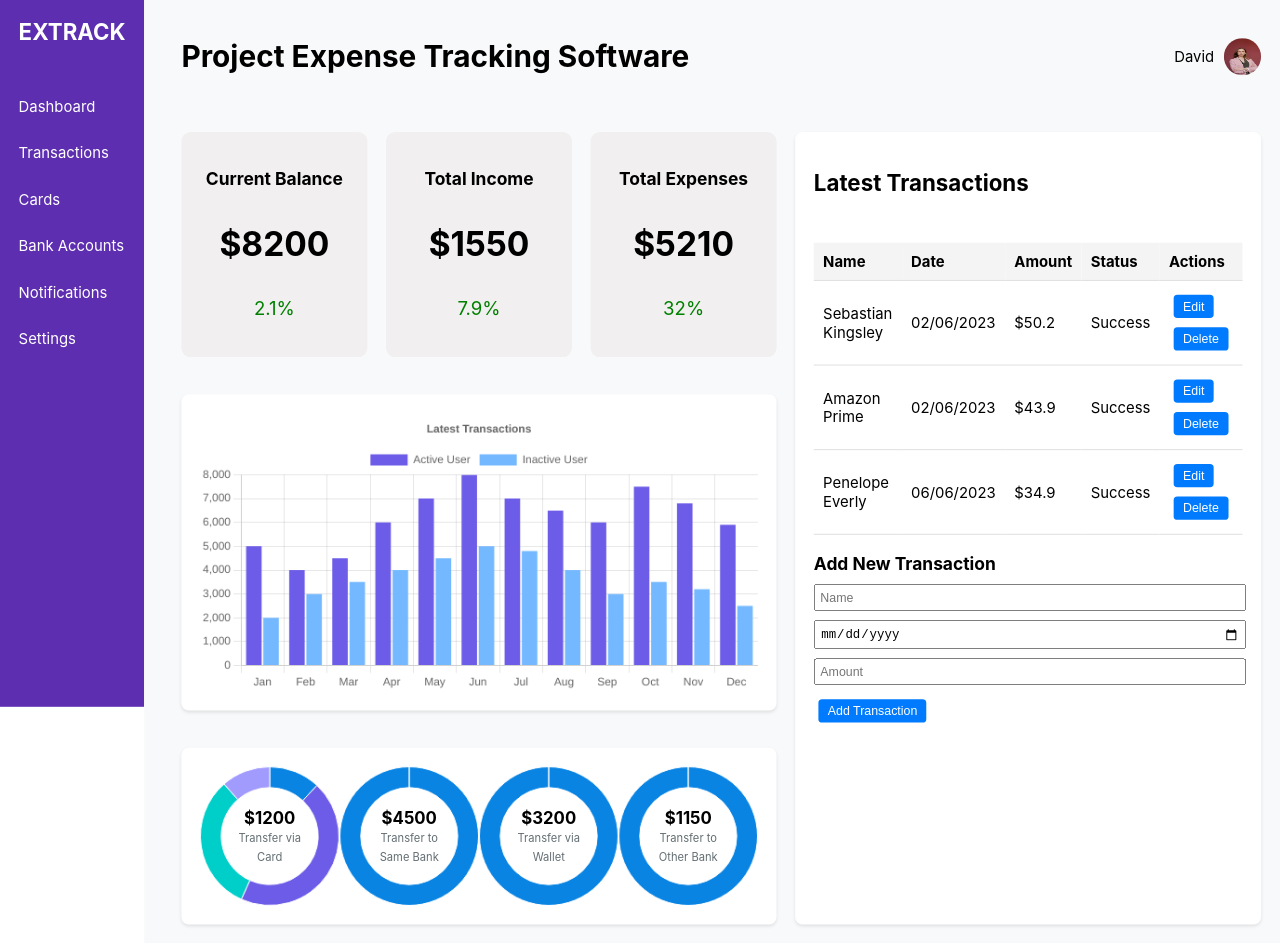
Repository: ChristhurasaRoshan/Expense-Tracker
Page: /login
The author's editor kept a copy of each file at every save. The page is drawn from the files as they stood at one save, then again after the next save.
The browser window is 1280 px wide. The page is 1376 px wide, so the pictures cover 1376 px, including what lies to the right of the window. The pictures show the whole page, at 93% of full size.
The project was rebuilt for these pictures with package versions that can differ from the ones it lists, and the page was loaded fresh each time.

Above is the page before, as saved 2024-08-21 22:03:48.

### src/App.js
import React from 'react';
import { Provider } from 'react-redux'; // Import Provider from react-redux
import store from './store'; // Import the Redux store
import Sidebar from '../src/Components/Sidebar';
import Header from '../src/Components/Header';
import Dashboard from '../src/Components/Dashboard';
import './App.css';

function App() {
  return (
    <Provider store={store}> {/* Wrap the app with Provider */}
      <div className="app">
        <Sidebar />
        <div className="main-content">
          <Header />
          <Dashboard />
        </div>
      </div>
    </Provider>
  );
}

export default App;

### src/store.js
import { configureStore } from '@reduxjs/toolkit';
import transactionReducer from './slices/transactionSlice';

const store = configureStore({
  reducer: {
    transactions: transactionReducer,
  },
});

export default store;

### src/Components/Sidebar.jsx
import React from 'react';
import '../Styles/Sidebar.css';

const Sidebar = () => {
  return (
    <div className="sidebar">
      <div className="logo">EXTRACK</div>
      <ul>
        <li>Dashboard</li>
        <li>Transactions</li>
        <li>Cards</li>
        <li>Bank Accounts</li>
        <li>Notifications</li>
        <li>Settings</li>
      </ul>
    </div>
  );
};

export default Sidebar;

### src/Components/Header.jsx
import React from 'react';
import '../Styles/Header.css';

const Header = () => {
  return (
    <div className="header">
      <h1>Project Expense Tracking Software</h1>
      <div className="user-profile">
        <span>David</span>
        <img src="user-profile.jpg" alt="Profile" />
      </div>
    </div>
  );
};

export default Header;

### src/Components/Dashboard.jsx
import React from 'react';
import Card from './Card';
import TransactionList from './TransactionList';
import ExpenseChart from './ExpenseChart';
import AmountTransfer from './AmountTransfer';
import '../Styles/Dashboard.css';

const Dashboard = () => {
  return (
    <div className="dashboard">
      <div className="dashboard-left">
        <div className="dashboard-header">
          <Card title="Current Balance" amount="$8200" percentage="2.1%" />
          <Card title="Total Income" amount="$1550" percentage="7.9%" />
          <Card title="Total Expenses" amount="$5210" percentage="32%" />
        </div>
        <ExpenseChart />
        <AmountTransfer />
      </div>
      <div className="dashboard-right">
        <div className="latest-transactions">
          <h2>Latest Transactions</h2>
          <TransactionList />
        </div>
      </div>
    </div>
  );
};

export default Dashboard;

### src/App.css
.app {
  display: flex;
}

.main-content {
  flex: 1;
  background-color: #f8f9fa;
  padding-left: 20px;
}

### src/slices/transactionSlice.js
import { createSlice } from '@reduxjs/toolkit';

const initialState = [
  { id: 1, name: "Sebastian Kingsley", date: "02/06/2023", amount: "$50.2", status: "Success" },
  { id: 2, name: "Amazon Prime", date: "02/06/2023", amount: "$43.9", status: "Success" },
  { id: 3, name: "Penelope Everly", date: "06/06/2023", amount: "$34.9", status: "Success" },
];

const transactionSlice = createSlice({
  name: 'transactions',
  initialState,
  reducers: {
    addTransaction: (state, action) => {
        return state.filter(transaction => transaction.id !== action.payload);
    },
    deleteTransaction: (state, action) => {
      return state.filter(transaction => transaction.id !== action.payload);
    },
    updateTransaction: (state, action) => {
      const index = state.findIndex(transaction => transaction.id === action.payload.id);
      if (index !== -1) {
        state[index] = { ...state[index], ...action.payload };
      }
    },
  },
});

export const { addTransaction, deleteTransaction, updateTransaction } = transactionSlice.actions;
export default transactionSlice.reducer;

### src/Styles/Sidebar.css
.sidebar {
    width: 250px;
    background-color: #5d2eaf;
    color: white;
    height: 100vh;
    padding: 20px;
  }

  .logo {
    font-size: 24px;
    font-weight: bold;
    margin-bottom: 40px;
  }

  .sidebar ul {
    list-style: none;
    padding: 0;
  }

  .sidebar ul li {
    padding: 15px 0;
    cursor: pointer;
  }

  .sidebar ul li:hover {
    background-color: rgba(255, 255, 255, 0.1);
  }

### src/Styles/Header.css
.header {
    display: flex;
    justify-content: space-between;
    align-items: center;
    padding: 20px;
  }

  .user-profile {
    display: flex;
    align-items: center;
  }

  .user-profile span {
    margin-right: 10px;
  }

  .user-profile img {
    width: 40px;
    height: 40px;
    border-radius: 50%;
  }

### src/Components/Card.jsx
import React from 'react';
import '../Styles/Card.css';

const Card = ({ title, amount, percentage }) => {
  return (
    <div className="card">
      <h3>{title}</h3>
      <p className="amount">{amount}</p>
      <p className="percentage">{percentage}</p>
    </div>
  );
};

export default Card;

### src/Components/TransactionList.jsx
import React, { useState } from 'react';
import { useSelector, useDispatch } from 'react-redux';
import { addTransaction, deleteTransaction, updateTransaction } from '../slices/transactionSlice';
import '../Styles/TransactionList.css';

const TransactionList = () => {
  const transactions = useSelector((state) => state.transactions);
  const dispatch = useDispatch();

  const [newTransaction, setNewTransaction] = useState({ name: '', date: '', amount: '', status: 'Success' });
  const [editTransaction, setEditTransaction] = useState(null);

  const handleAddTransaction = () => {
    if (newTransaction.name && newTransaction.date && newTransaction.amount) {
      dispatch(addTransaction(newTransaction));
      setNewTransaction({ name: '', date: '', amount: '', status: 'Success' });
    }
  };

  const handleUpdateTransaction = (id) => {
    if (editTransaction) {
      dispatch(updateTransaction({ id, ...editTransaction }));
      setEditTransaction(null);
    }
  };

  const handleEditClick = (transaction) => {
    setEditTransaction(transaction);
  };

  const handleDelete = (id) => {
    const isConfirmed = window.confirm("Are you sure you want to delete this transaction?");
    if (isConfirmed) {
      dispatch(deleteTransaction(id));
    }
  };

  return (
    <div className="transaction-list">
      <table>
        <thead>
          <tr>
            <th>Name</th>
            <th>Date</th>
            <th>Amount</th>
            <th>Status</th>
            <th>Actions</th>
          </tr>
        </thead>
        <tbody>
          {transactions.map((transaction) => (
            <tr key={transaction.id}>
              <td>
                {editTransaction && editTransaction.id === transaction.id ? (
                  <input
                    type="text"
                    value={editTransaction.name}
                    onChange={(e) => setEditTransaction({ ...editTransaction, name: e.target.value })}
                  />
                ) : (
                  transaction.name
                )}
              </td>
              <td>
                {editTransaction && editTransaction.id === transaction.id ? (
                  <input
                    type="date"
                    value={editTransaction.date}
                    onChange={(e) => setEditTransaction({ ...editTransaction, date: e.target.value })}
                  />
                ) : (
                  transaction.date
                )}
              </td>
              <td>
                {editTransaction && editTransaction.id === transaction.id ? (
                  <input
                    type="text"
                    value={editTransaction.amount}
                    onChange={(e) => setEditTransaction({ ...editTransaction, amount: e.target.value })}
                  />
                ) : (
                  transaction.amount
                )}
              </td>
              <td>{transaction.status}</td>
              <td>
                {editTransaction && editTransaction.id === transaction.id ? (
                  <button onClick={() => handleUpdateTransaction(transaction.id)}>Save</button>
                ) : (
                  <button onClick={() => handleEditClick(transaction)}>Edit</button>
                )}
                <button onClick={() => handleDelete(transaction.id)}>Delete</button> {/* Add confirmation prompt here */}
              </td>
            </tr>
          ))}
        </tbody>
      </table>

      <div className="add-transaction">
        <h3>Add New Transaction</h3>
        <input
          type="text"
          placeholder="Name"
          value={newTransaction.name}
          onChange={(e) => setNewTransaction({ ...newTransaction, name: e.target.value })}
        />
        <input
          type="date"
          placeholder="Date"
          value={newTransaction.date}
          onChange={(e) => setNewTransaction({ ...newTransaction, date: e.target.value })}
        />
        <input
          type="text"
          placeholder="Amount"
          value={newTransaction.amount}
          onChange={(e) => setNewTransaction({ ...newTransaction, amount: e.target.value })}
        />
        <button onClick={handleAddTransaction}>Add Transaction</button>
      </div>
    </div>
  );
};

export default TransactionList;

### src/Components/ExpenseChart.jsx
import React from 'react';
import { Bar } from 'react-chartjs-2';
import { Chart as ChartJS, CategoryScale, LinearScale, BarElement, Title, Tooltip, Legend } from 'chart.js';
import '../Styles/ExpenseChart.css';


ChartJS.register(CategoryScale, LinearScale, BarElement, Title, Tooltip, Legend);

const ExpenseChart = () => {
  const data = {
    labels: ['Jan', 'Feb', 'Mar', 'Apr', 'May', 'Jun', 'Jul', 'Aug', 'Sep', 'Oct', 'Nov', 'Dec'],
    datasets: [
      {
        label: 'Active User',
        data: [5000, 4000, 4500, 6000, 7000, 8000, 7000, 6500, 6000, 7500, 6800, 5900],
        backgroundColor: '#6c5ce7',
      },
      {
        label: 'Inactive User',
        data: [2000, 3000, 3500, 4000, 4500, 5000, 4800, 4000, 3000, 3500, 3200, 2500],
        backgroundColor: '#74b9ff',
      },
    ],
  };

  const options = {
    responsive: true,
    plugins: {
      legend: {
        position: 'top',
      },
      title: {
        display: true,
        text: 'Latest Transactions',
      },
    },
  };

  return (
    <div className="chart-container">
      <Bar data={data} options={options} />
    </div>
  );
};

export default ExpenseChart;

### src/Components/AmountTransfer.jsx
import React from 'react';
import { Doughnut } from 'react-chartjs-2';
import { Chart as ChartJS, ArcElement, Tooltip, Legend } from 'chart.js';
import '../Styles/AmountTransfer.css';

ChartJS.register(ArcElement, Tooltip, Legend);

const AmountTransfer = () => {
  const data = {
    labels: ['Transfer via Card', 'Transfer to Same Bank', 'Transfer via Wallet', 'Transfer to Other Bank'],
    datasets: [
      {
        data: [1200, 4500, 3200, 1150],
        backgroundColor: ['#0984e3', '#6c5ce7', '#00cec9', '#a29bfe'],
        hoverBackgroundColor: ['#74b9ff', '#a29bfe', '#81ecec', '#dfe6e9'],
        borderWidth: 1,
      },
    ],
  };

  const options = {
    responsive: true,
    plugins: {
      legend: {
        display: false,
      },
    },
    cutout: '70%',
  };

  return (
    <div className="amount-transfer-container">
      <div className="doughnut-chart">
        <Doughnut data={data} options={options} />
        <div className="chart-label">
          <p>$1200</p>
          <span>Transfer via Card</span>
        </div>
      </div>
      <div className="doughnut-chart">
        <Doughnut data={{ ...data, datasets: [{ ...data.datasets[0], data: [4500] }] }} options={options} />
        <div className="chart-label">
          <p>$4500</p>
          <span>Transfer to Same Bank</span>
        </div>
      </div>
      <div className="doughnut-chart">
        <Doughnut data={{ ...data, datasets: [{ ...data.datasets[0], data: [3200] }] }} options={options} />
        <div className="chart-label">
          <p>$3200</p>
          <span>Transfer via Wallet</span>
        </div>
      </div>
      <div className="doughnut-chart">
        <Doughnut data={{ ...data, datasets: [{ ...data.datasets[0], data: [1150] }] }} options={options} />
        <div className="chart-label">
          <p>$1150</p>
          <span>Transfer to Other Bank</span>
        </div>
      </div>
    </div>
  );
};

export default AmountTransfer;

### src/Styles/Dashboard.css
.dashboard {
    display: flex;
    gap: 20px;
    padding: 20px;
  }

  .dashboard-left {
    display: flex;
    flex-direction: column;
    gap: 20px;
  }

  .dashboard-header {
    display: flex;
    justify-content: space-between;
    gap: 20px;
  }

  .dashboard-right {
    background-color: #fff;
    padding: 20px;
    border-radius: 8px;
    box-shadow: 0 2px 4px rgba(0, 0, 0, 0.1);
  }

  .latest-transactions {
    margin-top: 20px;
  }

  .latest-transactions h2 {
    margin-bottom: 20px;
  }

  .chart-container,
  .amount-transfer-container {
    background-color: #fff;
    padding: 20px;
    border-radius: 8px;
    box-shadow: 0 2px 4px rgba(0, 0, 0, 0.1);
  }

### src/Styles/Card.css
.card {
    background-color: #f1efef;
    border-radius: 10px;
    padding: 20px;
    width: 30%;
    text-align: center;
  }

  .card .amount {
    font-size: 36px;
    font-weight: bold;
  }

  .card .percentage {
    color: green;
    font-size: 20px;
  }

### src/Styles/TransactionList.css
.transaction-list {
  max-width: 800px;
  margin: 50px auto;
}

table {
  width: 100%;
  border-collapse: collapse;
}

th, td {
  padding: 10px;
  border-bottom: 1px solid #ddd;
}

th {
  background-color: #f4f4f4;
  text-align: left;
}

input[type="text"], input[type="date"] {
  padding: 5px;
  width: calc(100% - 10px);
  margin-bottom: 10px;
}

button {
  padding: 5px 10px;
  margin: 5px;
  border: none;
  background-color: #007BFF;
  color: white;
  cursor: pointer;
  border-radius: 4px;
}

button:hover {
  background-color: #0056b3;
}

.add-transaction {
  margin-top: 20px;
}

.add-transaction h3 {
  margin-bottom: 10px;
}

### src/Styles/ExpenseChart.css
.chart-container {
    margin-top: 20px;
  }

### src/Styles/AmountTransfer.css
.amount-transfer-container {
    display: flex;
    justify-content: space-between;
    margin-top: 20px;
  }

  .doughnut-chart {
    position: relative;
    width: 150px;
    height: 150px;
  }

  .chart-label {
    position: absolute;
    top: 50%;
    left: 50%;
    transform: translate(-50%, -50%);
    text-align: center;
  }

  .chart-label p {
    margin: 0;
    font-size: 18px;
    font-weight: bold;
  }

  .chart-label span {
    font-size: 12px;
    color: #636e72;
  }

Loaded but not shown: public/index.html (common file); src/index.js (common file); src/index.css (common file); src/reportWebVitals.js (common file)

After the next save:
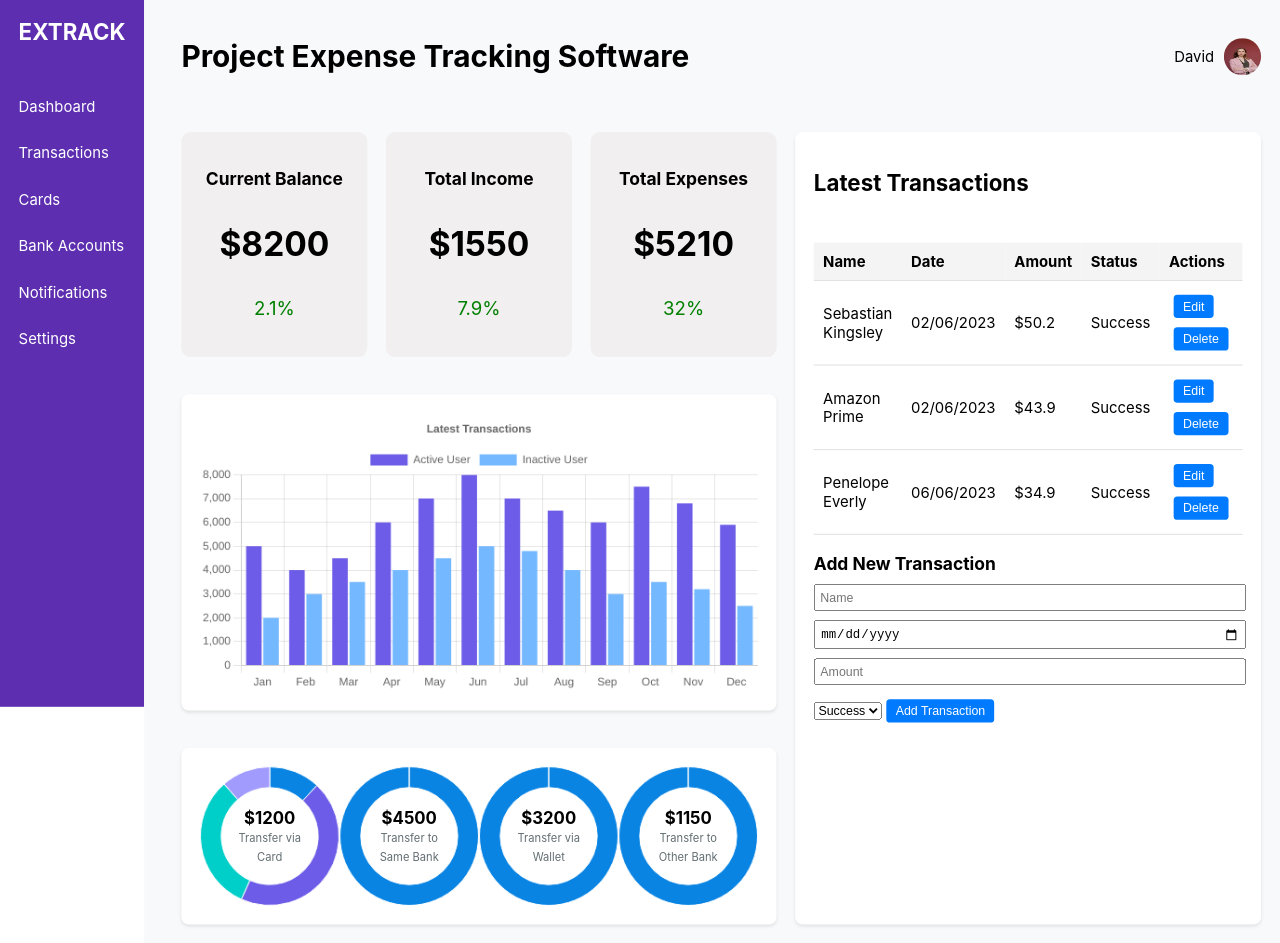
Saved 2 min 47 s later.
--- a/src/Components/TransactionList.jsx
+++ b/src/Components/TransactionList.jsx
@@ -83,14 +83,26 @@ const TransactionList = () => {
                   transaction.amount
                 )}
               </td>
-              <td>{transaction.status}</td>
+              <td>
+                {editTransaction && editTransaction.id === transaction.id ? (
+                  <select
+                    value={editTransaction.status}
+                    onChange={(e) => setEditTransaction({ ...editTransaction, status: e.target.value })}
+                  >
+                    <option value="Success">Success</option>
+                    <option value="Fail">Fail</option>
+                  </select>
+                ) : (
+                  transaction.status
+                )}
+              </td>
               <td>
                 {editTransaction && editTransaction.id === transaction.id ? (
                   <button onClick={() => handleUpdateTransaction(transaction.id)}>Save</button>
                 ) : (
                   <button onClick={() => handleEditClick(transaction)}>Edit</button>
                 )}
-                <button onClick={() => handleDelete(transaction.id)}>Delete</button> {/* Add confirmation prompt here */}
+                <button onClick={() => handleDelete(transaction.id)}>Delete</button>
               </td>
             </tr>
           ))}
@@ -117,6 +129,13 @@ const TransactionList = () => {
           value={newTransaction.amount}
           onChange={(e) => setNewTransaction({ ...newTransaction, amount: e.target.value })}
         />
+        <select
+          value={newTransaction.status}
+          onChange={(e) => setNewTransaction({ ...newTransaction, status: e.target.value })}
+        >
+          <option value="Success">Success</option>
+          <option value="Fail">Fail</option>
+        </select>
         <button onClick={handleAddTransaction}>Add Transaction</button>
       </div>
     </div>
